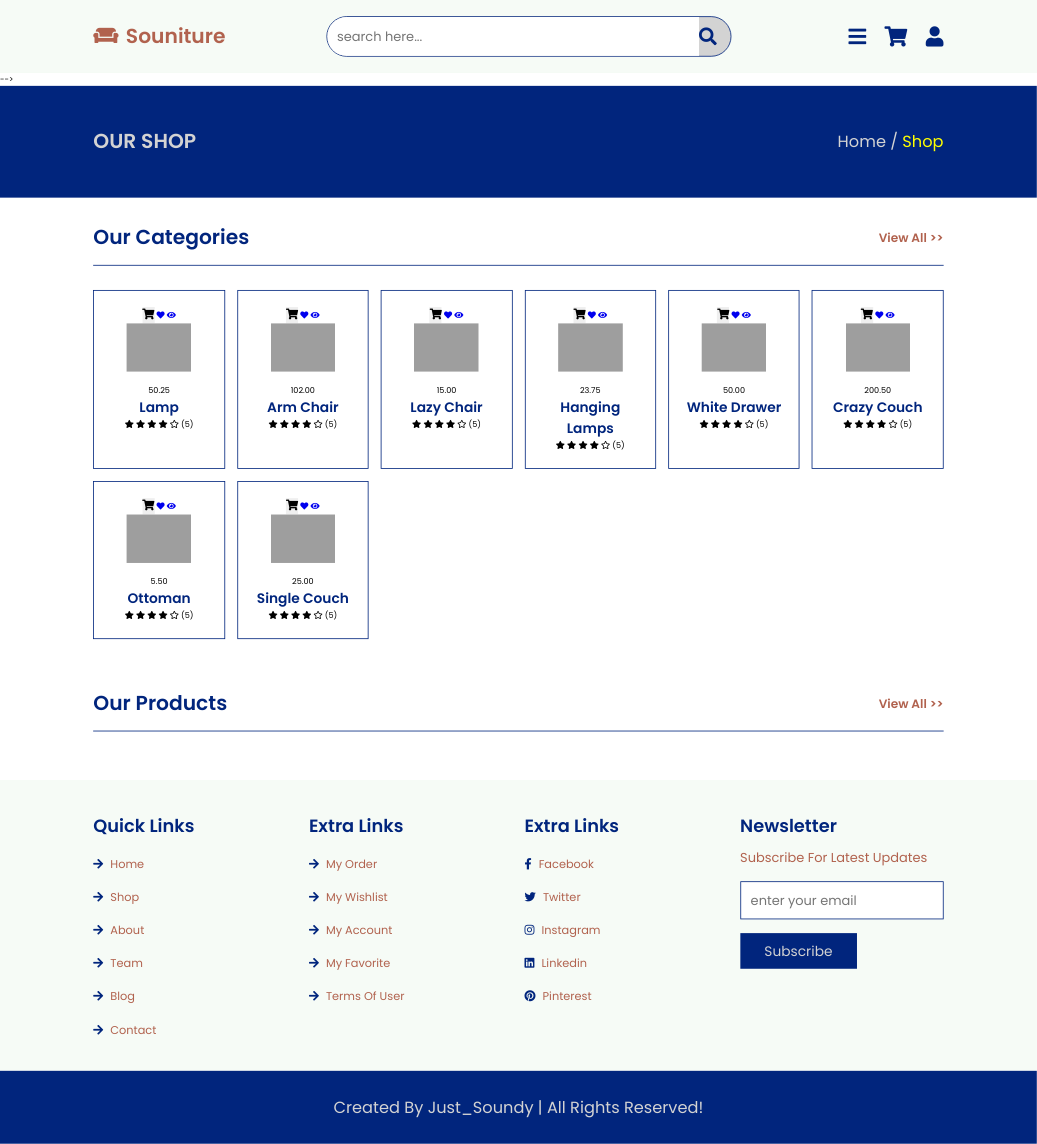
Repository: spencersoundy/furniture-store
Page: shop.html
An editor plug-in stored every save of this project. The page is shown before and after a run of saves, followed by the edit.
The browser window is 1280 px wide. The pictures show the whole page, at 81% of full size.
Pictures or frames that could not be fetched are drawn as grey boxes.

Above is the page before, as saved 2023-05-02 15:41:49.
Console error: TypeError: Cannot read properties of null (reading 'addEventListener')

After the next 2 saves:
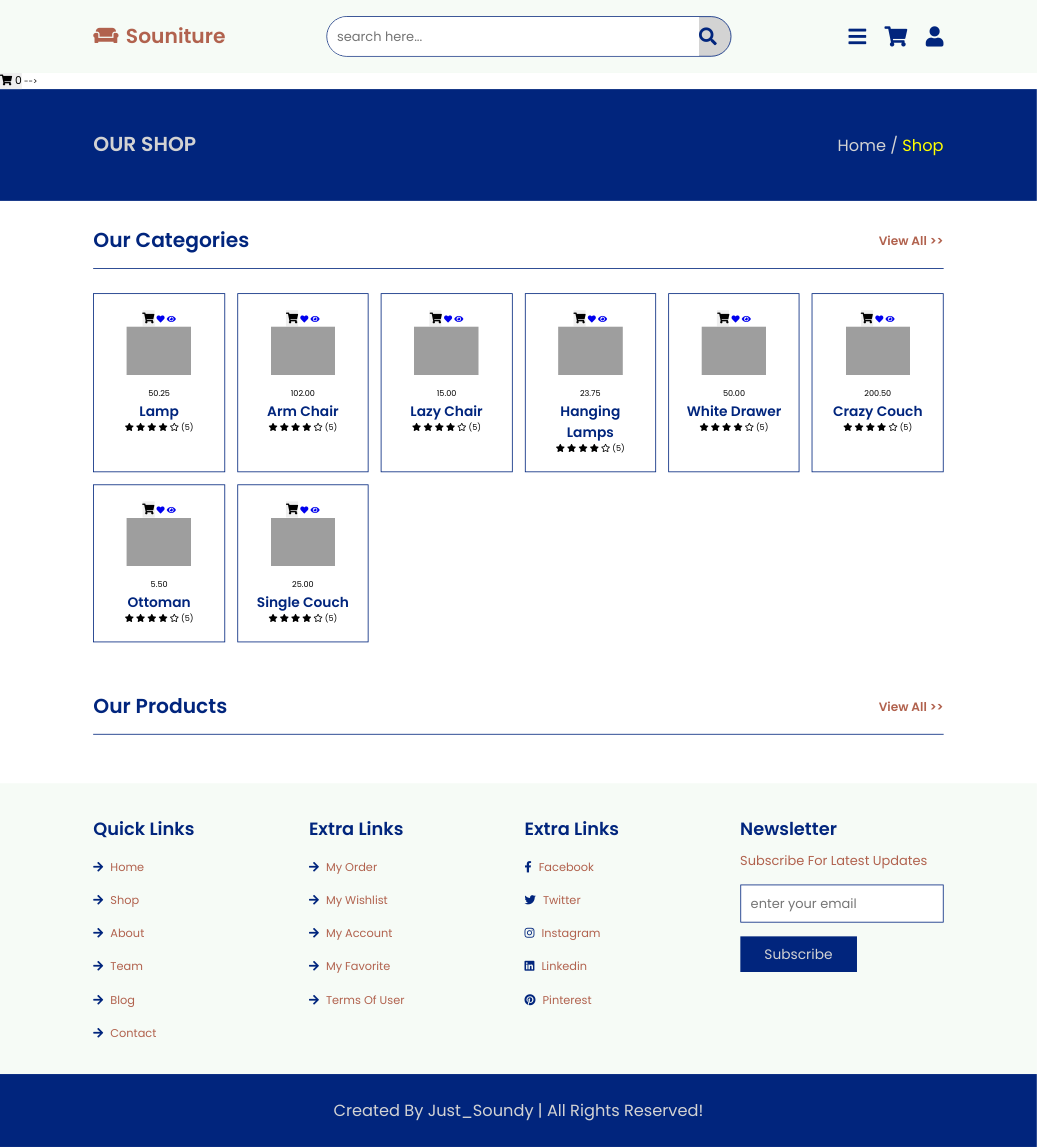
The 2 saves are shown as one change because they came seconds apart.
The last was saved 4 min 53 s later.
--- a/shop.html
+++ b/shop.html
@@ -53,6 +53,11 @@
 </nav>
 
 <!-- shopping cart  -->
+<div class = "cart">
+    <button type = "button" id = "cart-btn">
+      <i class = "fas fa-shopping-cart"></i>
+      <span id = "cart-count-info"></span>
+    </button>
 
 <div class="shopping-cart">
     <div class="cart-list">
